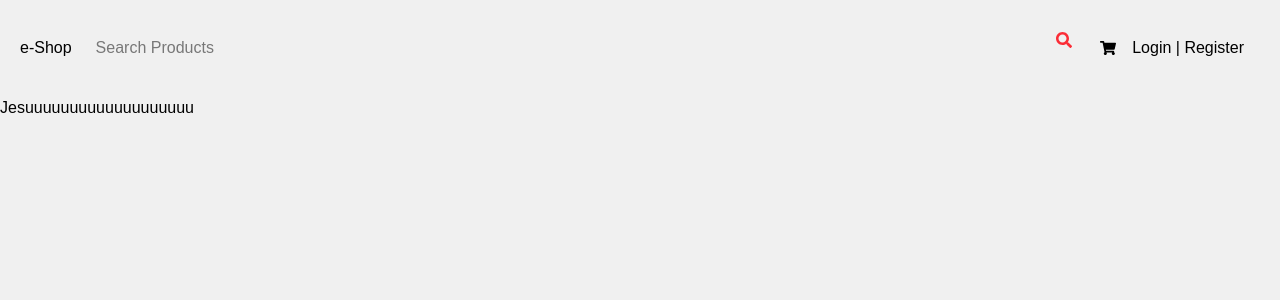
Repository: EmmyDunny1/frontend-ecommerce
Page: /
An editor plug-in stored every save of this project. The page is shown before and after a run of saves, followed by the edit.
The browser window is 1280 px wide. The pictures show the whole page.
The project was rebuilt for these pictures with package versions that can differ from the ones it lists, and the page was loaded fresh each time. Also part of the build but not shown: vite.config.js.

Above is the page before, as saved 2025-05-09 11:37:00.

### src/App.jsx


import React from 'react';
import { BrowserRouter, Routes, Route} from 'react-router-dom'
import Navbar from './components/Navbar'
import Footer from './components/Footer'
import Home from './pages/Home'
import './App.css';

function App() {

  return (
   <BrowserRouter>
   <Navbar/>
   <Routes>
    <Route path='/' element={<Home/>}>

    </Route>
   </Routes>
   <Footer/>
   </BrowserRouter>

  )
}

export default App

### src/components/Navbar.jsx
import React from 'react'
import { Link } from 'react-router-dom'
import { FaSearch, FaShoppingCart, FaUser } from 'react-icons/fa'

const Navbar = () => {
  return (
    <nav>
      <div className='container flex mx-auto px-4 md:px-16px lg:px-24px justify-between items-center'>
        <div>
          <Link to='/'>e-Shop</Link>
        </div>
        <div className='relative flex-1 mx-4'>
          <form>
            <input type="text" placeholder='Search Products' className='w-full px-2 py-4' />
            <FaSearch className='absolute top-3 right-3 text-red-500'/>
          </form>
        </div>
        <div className='flex items-center space-x-4'>
          <Link to='/Cart'><FaShoppingCart/></Link>
          <button className='hidden md:block'>Login | Register</button>
          <button className='block md:hidden'><FaUser/> </button>
        </div>
      </div>
    </nav>

  )
}

export default Navbar

### src/pages/Home.jsx
import React from 'react'

const Home = () => {
  return (
    <div>
      Jesuuuuuuuuuuuuuuuuuuu
    </div>
  )
}

export default Home

### src/App.css
/* filepath: c:\Users\USER\Desktop\My Deelopment Projects\E-COMMERCE\e-commerce-website\src\App.css */
body {
    margin: 0;
    font-family: Arial, sans-serif;
    background-color: #f0f0f0;
  }

  .container {
    padding: 20px;
  }

Loaded but not shown: index.html (common file); src/main.jsx (common file); src/index.css (common file); src/components/Footer.jsx (common file)

After the next 2 saves:
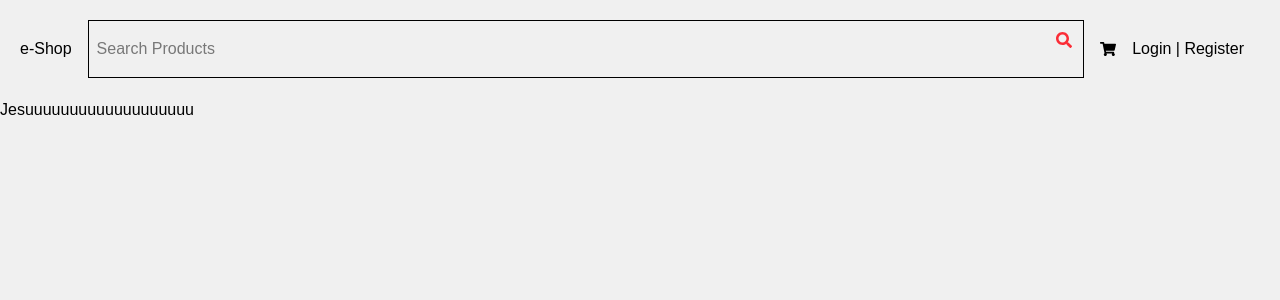
The 2 saves are shown as one change because they came seconds apart.
The last was saved 25 s later.
--- a/src/components/Navbar.jsx
+++ b/src/components/Navbar.jsx
@@ -11,7 +11,7 @@ const Navbar = () => {
         </div>
         <div className='relative flex-1 mx-4'>
           <form>
-            <input type="text" placeholder='Search Products' className='w-full px-2 py-4' />
+            <input type="text" placeholder='Search Products' className='w-full  border px-2 py-4' />
             <FaSearch className='absolute top-3 right-3 text-red-500'/>
           </form>
         </div>
